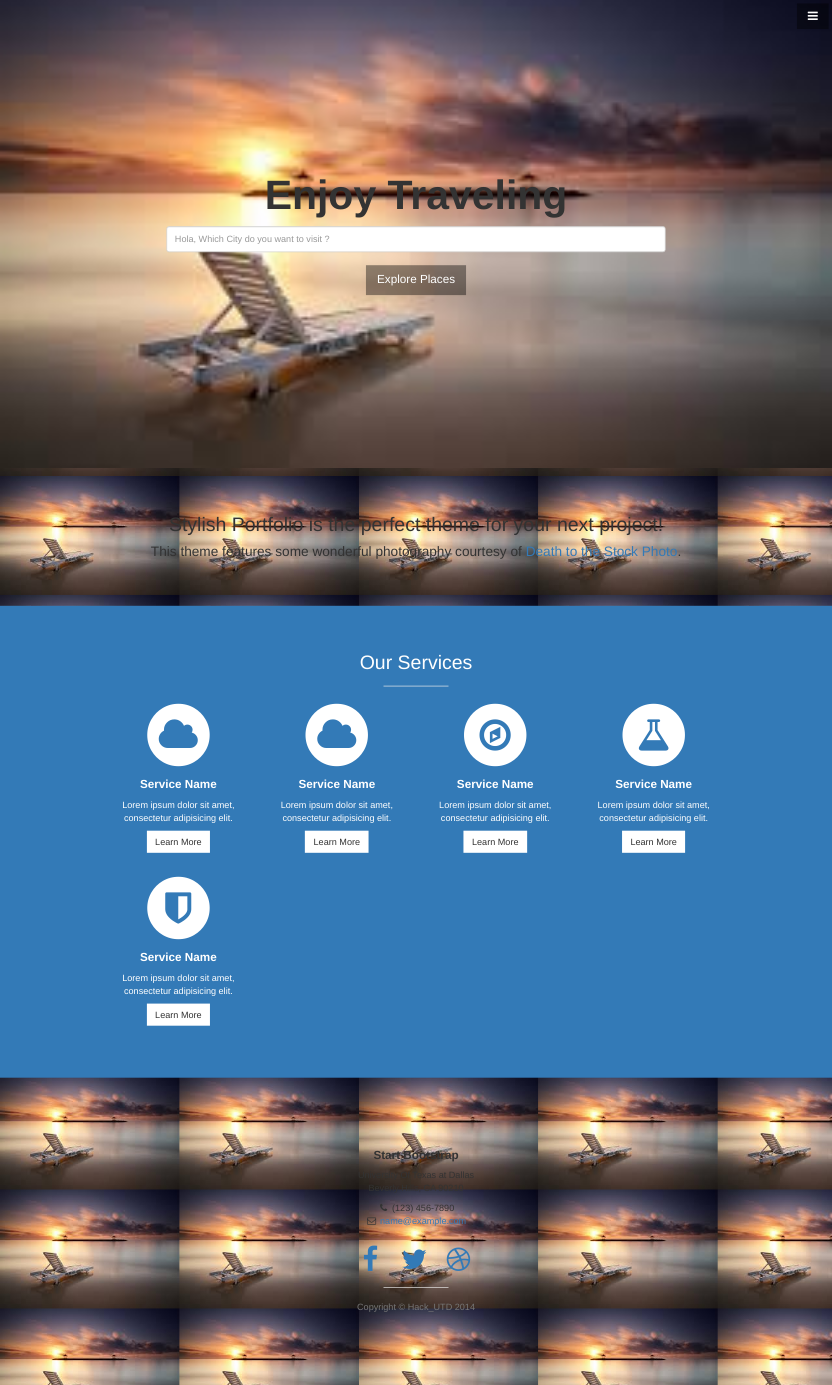
Repository: thomasronk/UTD_Hack
Page: http://localhost/route/Search
The author's editor kept a copy of each file at every save. The page is drawn from the files as they stood at one save, then again after the next save.
The browser window is 1280 px wide. The pictures show the whole page, at 65% of full size.
Some web fonts or font styles are not loaded; a fallback is used. The page is served by Tomcat 9.

Above is the page before, as saved 2015-01-18 08:43:22.

After the next save:
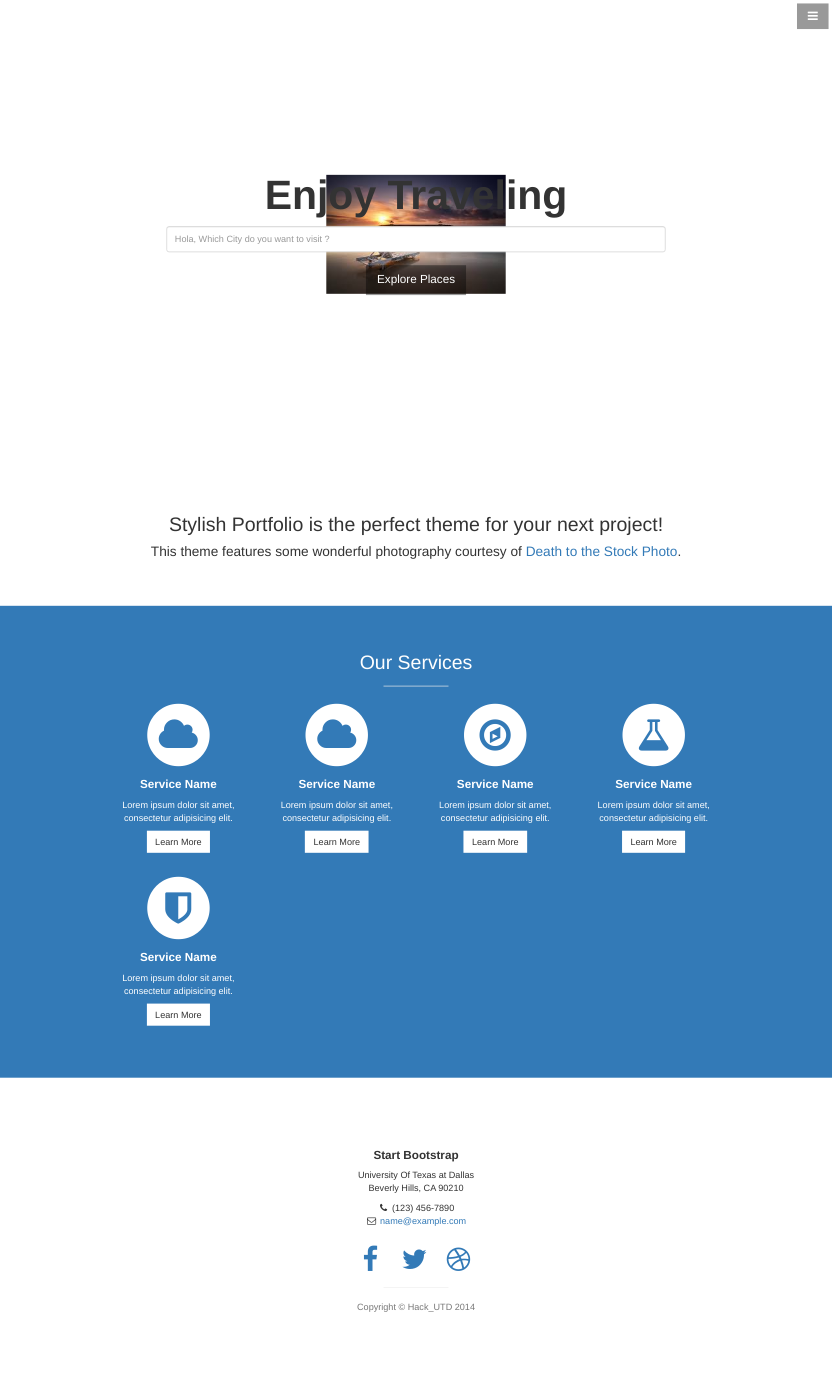
Saved 4 min 23 s later.
--- a/UTDHackWorkSpace/route/WebContent/WEB-INF/main.jsp
+++ b/UTDHackWorkSpace/route/WebContent/WEB-INF/main.jsp
@@ -228,7 +228,8 @@
     	var cnt = 0;
     	setInterval(function () {
     	    cnt == images.length ? cnt = 0 : ++cnt;
-    	    $("body").css("background", "url(" + images[cnt] + ")");
+    	    var url = "img/"+images[cnt];
+    	    $(".header").css("background", "url(" + url + ")"+ "no-repeat center center scroll");
     	}, 5000);
 
         $('a[href*=#]:not([href=#])').click(function() {
